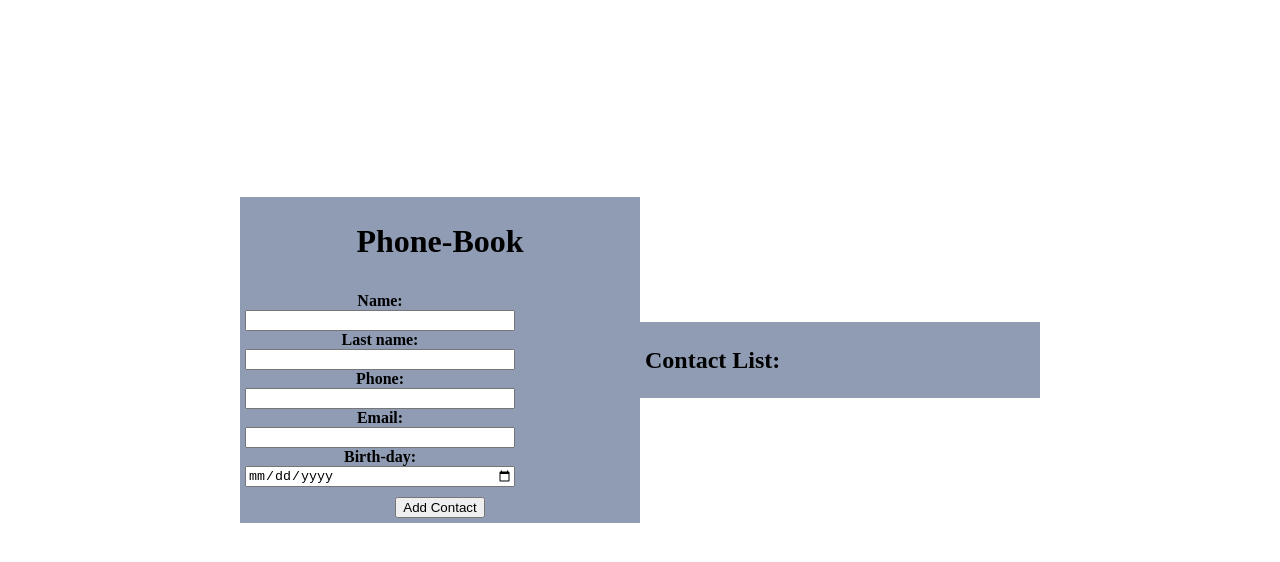
Repository: STA1357/Phone-book
Page: Inner.html
These files come from the project's save history. The page is drawn as it stood at one moment and after the next save; the edit follows.
The browser window is 1280 px wide. The pictures show the whole page.

Above is the page before, as saved 2020-12-10 11:28:45.

### Inner.html
<!DOCTYPE html>
<html lang="en">
<head>
    <meta charset="UTF-8">
    <meta name="viewport" content="width=device-width, initial-scale=1.0">
    <title>Phone Book</title>
    <link rel="stylesheet" href="./styles.css">
    <script src="./app.js"></script>
</head>
<body>
    <form action="#" method="POST">

        <header>
            <div class="header-title">
                <h1>Phone-Book</h1>
            </div>
        </header>

        <main>
            <div class="container">
                <label for="name">Name:</label>
                <input type="text" id="nameInput">
                <label for="lname">Last name:</label>
                <input type="text" id="lnameInput">
                <label for="tel">Phone:</label>
                <input type="text" id="telInput" class="tellinput">
                <label for="email">Email:</label>
                <input type="email" id="emailInput">
                <label for="birthname">Birth-day:</label>
                <input type="date" id="birthInput">
            </div>

        </main>

        <div class="btn">
        <button type="submit" id="btnAdd">Add Contact</button>
    </div>
    </form>
<div class="list-container">
    <h2>Contact List:</h2>
    <ul id="users"></ul>
</div>
</body>
</html>

### styles.css
*{
    box-sizing: border-box;
}

body{
    display: flex;
    flex-direction: row;
    align-items: center;
    justify-content: center;
    min-height: 100vh;
    margin: 0;
}

form{

    background-color: rgb(144, 156, 179);
    width: 400px;
    max-width: 100%;
    justify-content: center;
    text-align: center;
}


.container{
    text-align: center;
    display: block;
    width: 70%;

}

.list-container{
    background-color: rgb(144, 156, 179);
    width: 400px;
    max-width: 100%;
    page-break-after: 30px 40px;
}

label{
    font-weight: bold;
}

input{
    width: 100%;
}











.selected{
    background-color: skyblue;
    color: black;
    text-shadow: 0.5px 0.5px grey;
}

.deleteBtn::before{
    color: brown;
    content: "delete";
}

div{
    padding: 5px;
}

li{
    font-weight: bold;
    font-style: italic;
}

### app.js
window.onload = function() {
    const localKey = 'contactsCollection';
    const form = document.querySelector('form');
    const list = document.getElementById('users');
    const userName = document.getElementById('nameInput');
    const userLname = document.getElementById('lnameInput');
    const userTel = document.getElementById('telInput');
    const userEmail = document.getElementById('emailInput');
    const userBirth = document.getElementById('birthInput');

    let contactsList = getContacts();
    let activeContact = null;

    generateContactList();

    function getContacts() {
        const res = localStorage.getItem(localKey);
        return res ? JSON.parse(res) : [];
    }

    function setToStorage(data) {
        localStorage.setItem(localKey, data);
    }

    function updateContactList(newList) {
        const string = JSON.stringify(newList);
        contactsList = newList;
        setToStorage(string);
        generateContactList();
    }

    function recordContact(newContact) {
        updateContactList([...contactsList, newContact])
    }

    function updateContact(newData) {
        contactsList = contactsList.map(contact => contact.id === newData.id ? newData : contact);
        updateContactList(contactsList);
    }

    function deleteContact(removeId) {
        contactsList = contactsList.filter(({ id }) => id !== removeId);
        updateContactList(contactsList);
    }

    function setActiveContact(id) {
        const contact = document.getElementById(`contact-${id}`);
        contact.classList.toggle('active');
    }

    function generateContactList() {
        console.log(contactsList);
        const fragment = document.createDocumentFragment();
        contactsList.forEach((contact) => {
            const { id, name, lastName, phone, mail, birthDay } = contact;
            const container = document.createElement('div');
            container.onclick = () => setActiveContact(id);
            container.id = `contact-${id}`;
            const title = document.createElement('li');
            title.innerText = `${name} ${lastName}`;

            const infoList = document.createElement('b');
            infoList.innerText = phone + ' - ' + mail + ' - ' + birthDay;
            // phonesList.innerText = phones.join(' ');
            container.appendChild(title);
            container.appendChild(infoList);
            fragment.appendChild(container);

            const deleteBtn = document.createElement('button');
            deleteBtn.className = 'deleteBtn'
            fragment.appendChild(deleteBtn);
            deleteBtn.addEventListener('mousedown', function (e) {
                e.preventDefault();
            })

            deleteBtn.addEventListener('click', function (e) {
                console.log(e);
                deleteContact();
            })

            //const btn = document.createElement('button');
            //btn.onclick = () => !deleteContact(removeId);
            //btn.appendChild(container)


            container.addEventListener('mousedown', function (e) {
                e.preventDefault();
            })

            container.addEventListener('click', function (e) {
                console.log(e);


                if (e.target == this) {
                    return false;

                }
                if (!e.ctrlKey) {
                    clearSelected(this.children);
                }
                addSelected(e.target);
            })

            function clearSelected(elems) {
                for (let elem of elems) {
                    elem.classList.remove('selected');
                }
            }

            function addSelected(target) {
                target.classList.add('selected');
            }
        });


        list.innerHTML = '';
        list.appendChild(fragment);


    }

    function getId() {
        return '_' + Math.random().toString(36).substr(2, 9);
    };

    form.onsubmit = (event) => {
        event.preventDefault();
        const contact = {
            id: getId(),
            name: userName.value,
            lastName: userLname.value,
            phone: userTel.value,
            mail: userEmail.value,
            birthDay: userBirth.value
        }
        recordContact(contact);
        console.log(contact);
    }
}

// const form = document.querySelector('form')
// const list = document.getElementById('users')
// const userName = document.getElementById('nameInput')
// const userLname = document.getElementById('lnameInput')
// const userTel = document.getElementById('telInput')
// const userEmail = document.getElementById('emailInput')
// const userBirth = document.getElementById('birthInput')
// const entry = document.createElement('li')


// function addUser() {
//     const list = document.getElementById('users')
//     const userName = document.getElementById('nameInput')
//     const userLname = document.getElementById('lnameInput')
//     const userTel = document.getElementById('telInput')
//     const userEmail = document.getElementById('emailInput')
//     const userBirth = document.getElementById('birthInput')
//     const entry = document.createElement('li')
//     entry.appendChild(document.createTextNode(userName.value + ' ' + userLname.value + ' '
//     + userTel.value + ' ' + userEmail.value + ' ' + userBirth.value))
//     list.appendChild(entry)
//     return false

// }

// let bookContacts = [];

// const addContacts = (ev) => {
//     ev.preventDefault();
//     let contact = {
//         name: document.getElementById('nameInput').value,
//         lname: userLname.value,
//         tel: userTel.value,
//         email: userEmail.value,
//         birthday: userBirth.value
//     }
//     bookContacts.push(contact);
//     document.forms[0].reset();
// }
// document.addEventListener('DomContentLoad', () =>{
//     document.getElementById('btnAdd').addEventListener('click',addContacts)
// })
// console.log(bookContacts);




/*class Person{
    constructor(options){
        this.name = options.name
        this.lname = options.lname
        this.tel = options.tel
        this.email = options.email
        this.birthday = options.birthday
    }
}

class User extends Person{
    static type = "User"
}

const user = new User({
    name: "",
    lname: "",
    tel: "",
    email:"",
    birthday:""
})


localStorage.setItem('userInfo', JSON.stringify(user));




const raw = localStorage.getItem('userInfo')
const userInfo = JSON.parse(raw)
userInfo.name = 'Maxim'

console.log(userInfo);*/

After the next save:
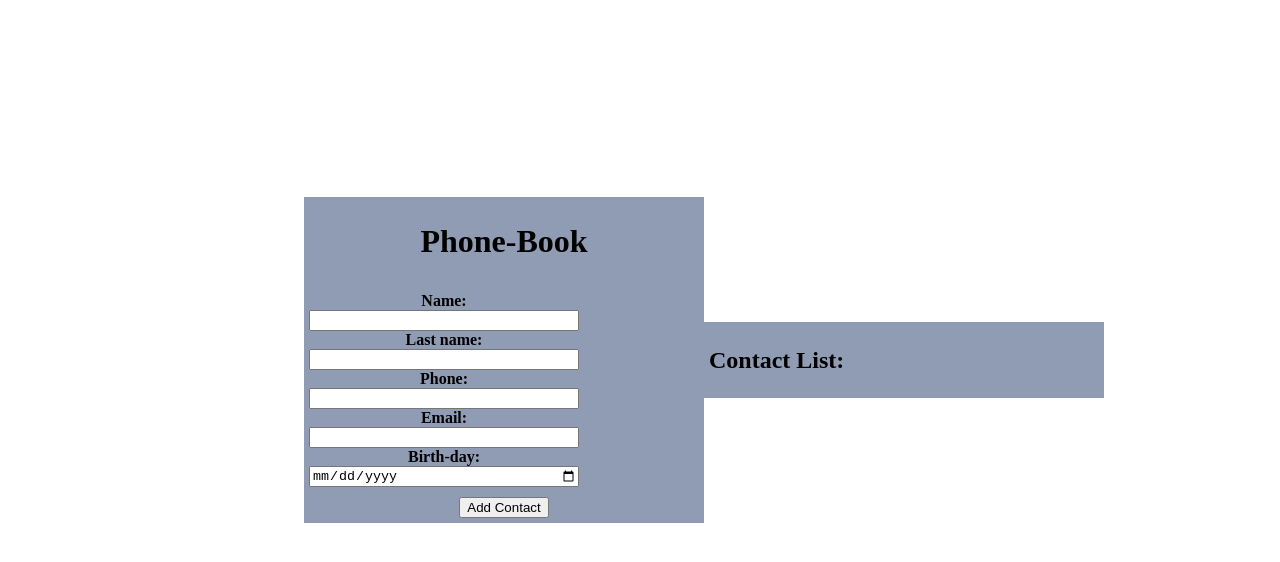
Saved 22 s later.
--- a/styles.css
+++ b/styles.css
@@ -16,7 +16,7 @@
     background-color: rgb(144, 156, 179);
     width: 400px;
     max-width: 100%;
-    justify-content: center;
+    margin-left: 10%;
     text-align: center;
 }
 

After the save that followed:
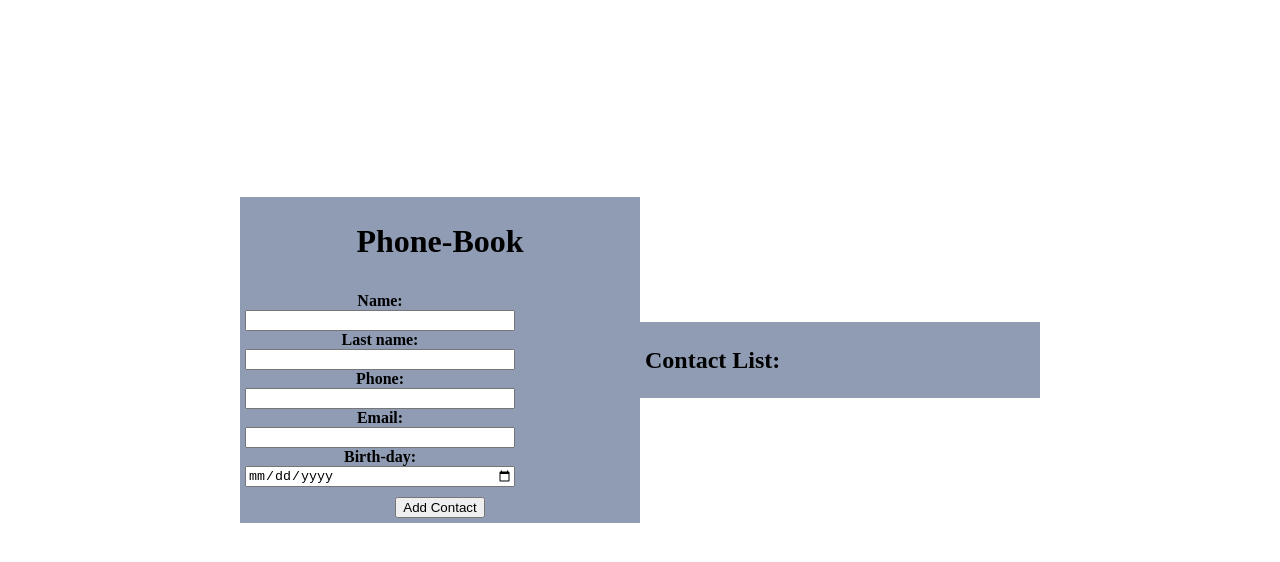
Saved 7 s later.
--- a/styles.css
+++ b/styles.css
@@ -16,7 +16,7 @@
     background-color: rgb(144, 156, 179);
     width: 400px;
     max-width: 100%;
-    margin-left: 10%;
+
     text-align: center;
 }
 
